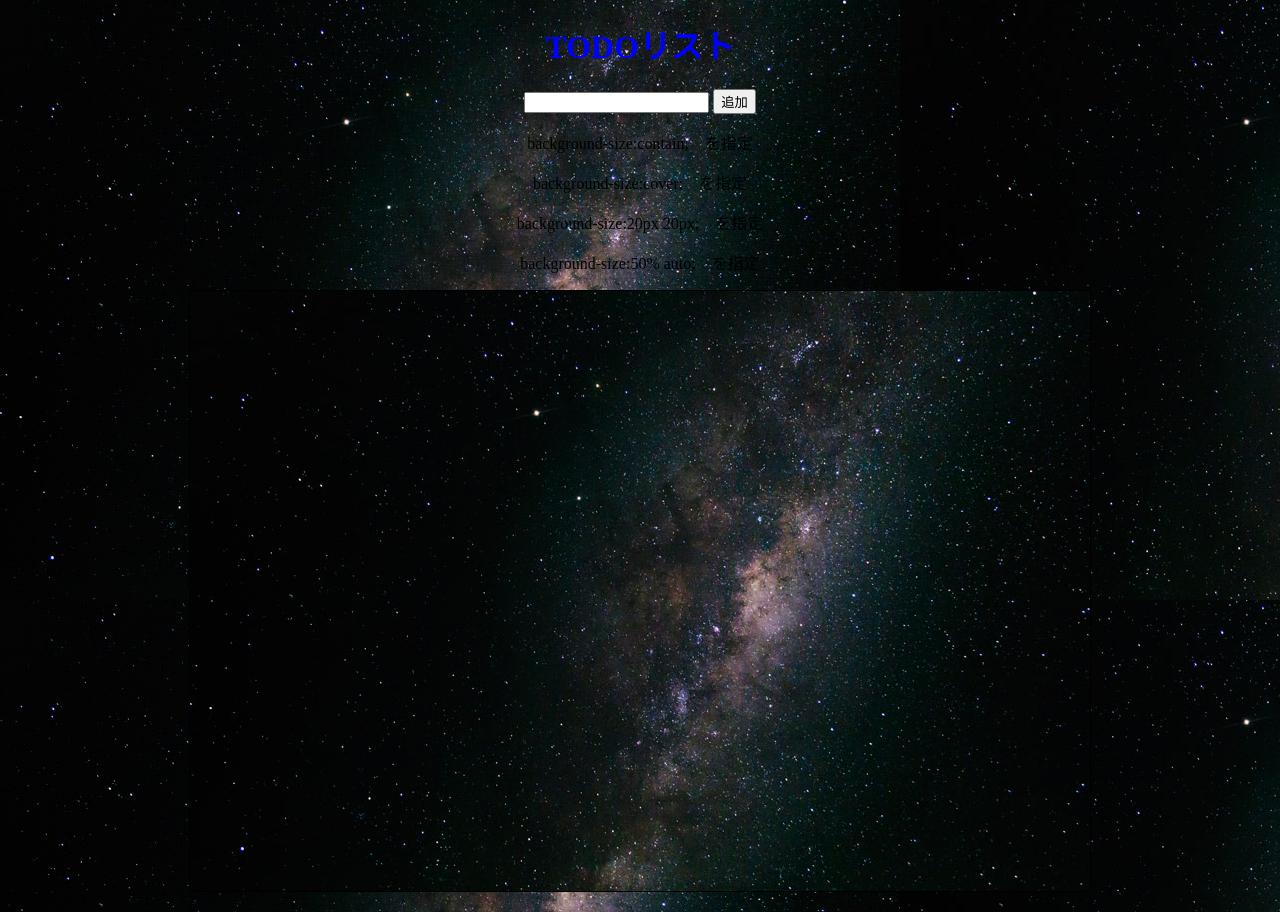
Repository: kntb2565/todolist
Page: src/index.html
An editor plug-in stored every save of this project. The page is shown before and after the next save, followed by the edit.
The browser window is 1280 px wide. The pictures show the whole page.

Above is the page before, as saved 2018-10-21 13:38:09.

After the next save:
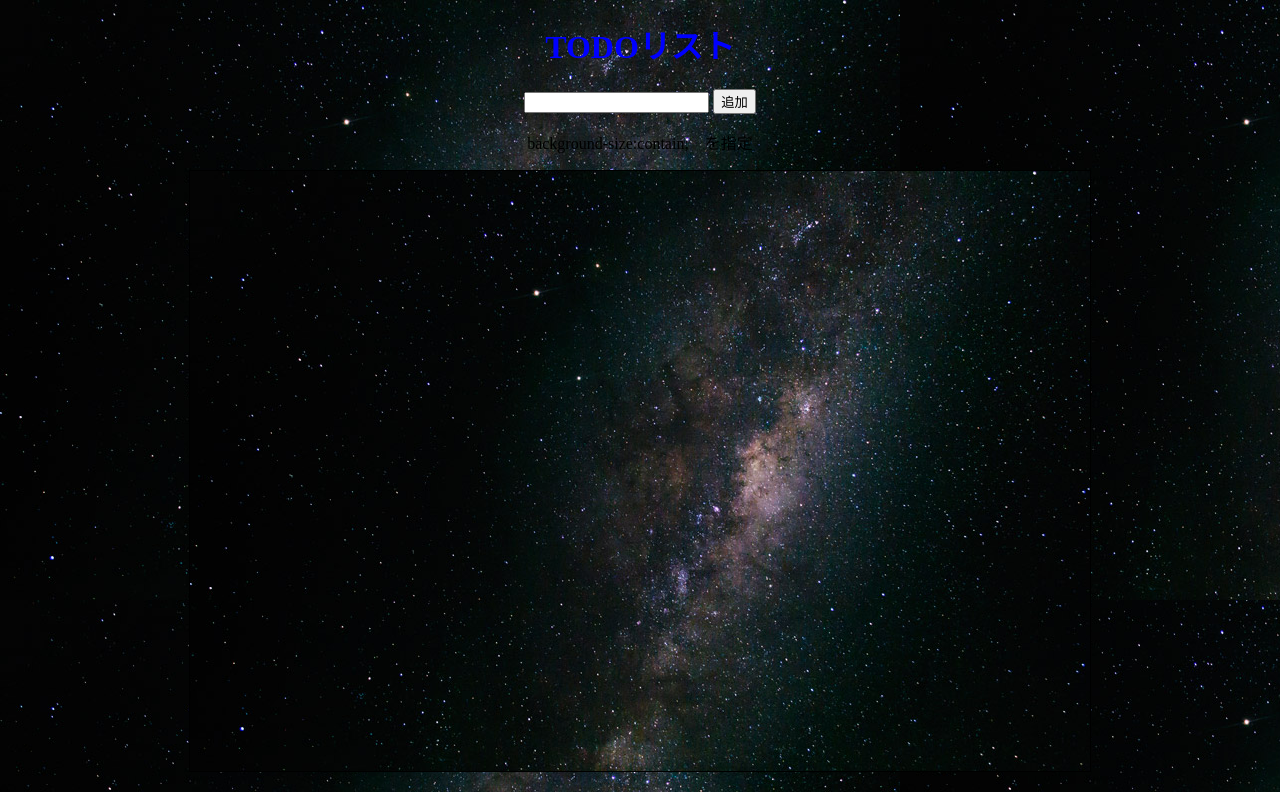
Saved 105 s later.
--- a/src/index.html
+++ b/src/index.html
@@ -15,10 +15,6 @@
     <input type="text" />
     <input type="button" value="追加" />
     <p class="todo_sample1">background-size:contain;　を指定</p>
-    <p class="todo_sample2">background-size:cover;　を指定</p>
-    <p class="todo_sample3">background-size:20px 20px;　を指定</p>
-    <p class="todo_sample4">background-size:50% auto;　を指定</p>
-    <p>
       <img src="img/utyu3.jpg"  border="1">
       </p>
 </body>
